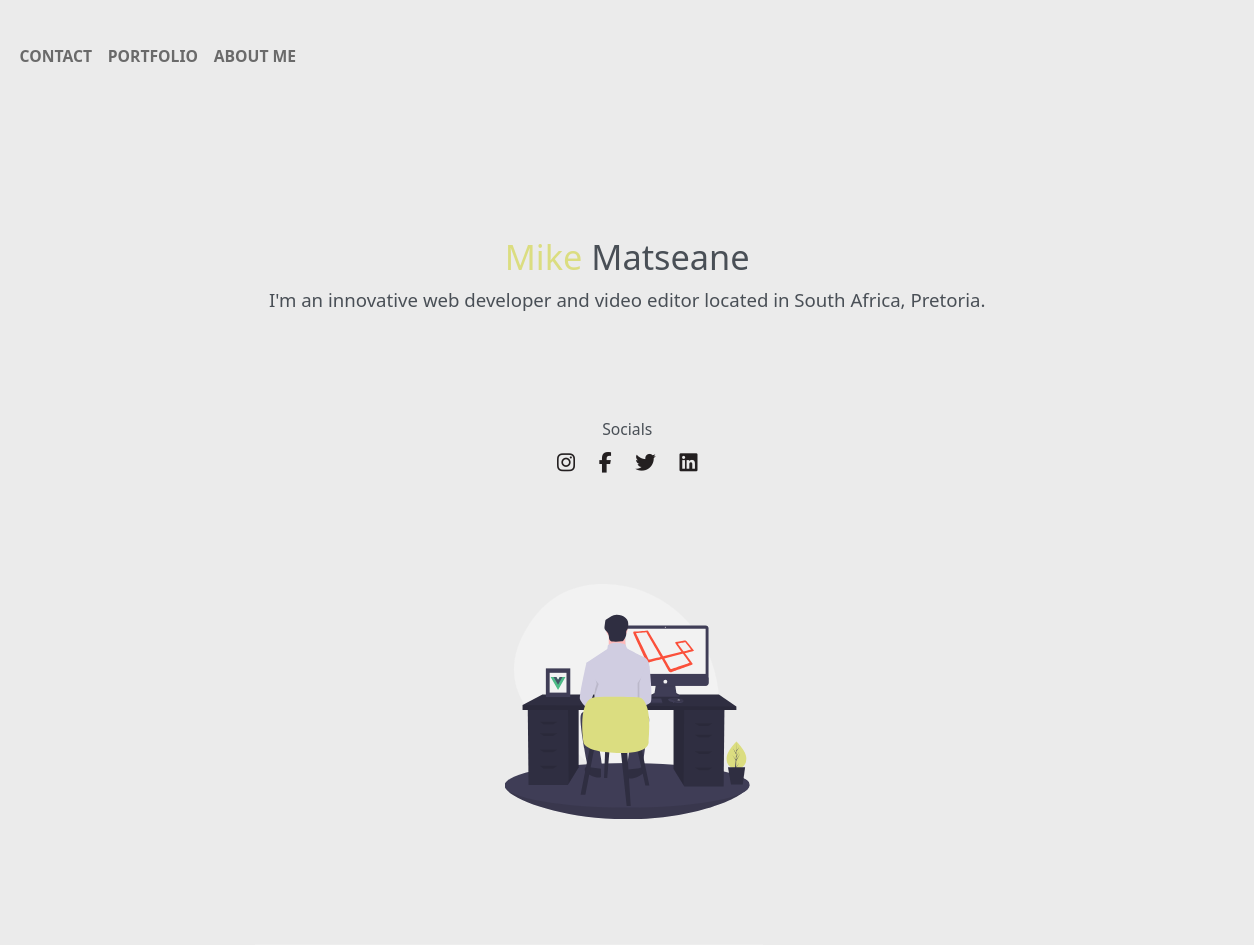
Repository: mikempho/resume10-Final
Page: resume10.html
An editor plug-in stored every save of this project. The page is shown before and after the next save, followed by the edit.
The browser window is 1280 px wide. The pictures show the whole page, at 98% of full size.
Some web libraries are served in a nearby version.

Above is the page before, as saved 2022-05-16 14:29:35.

After the next save:
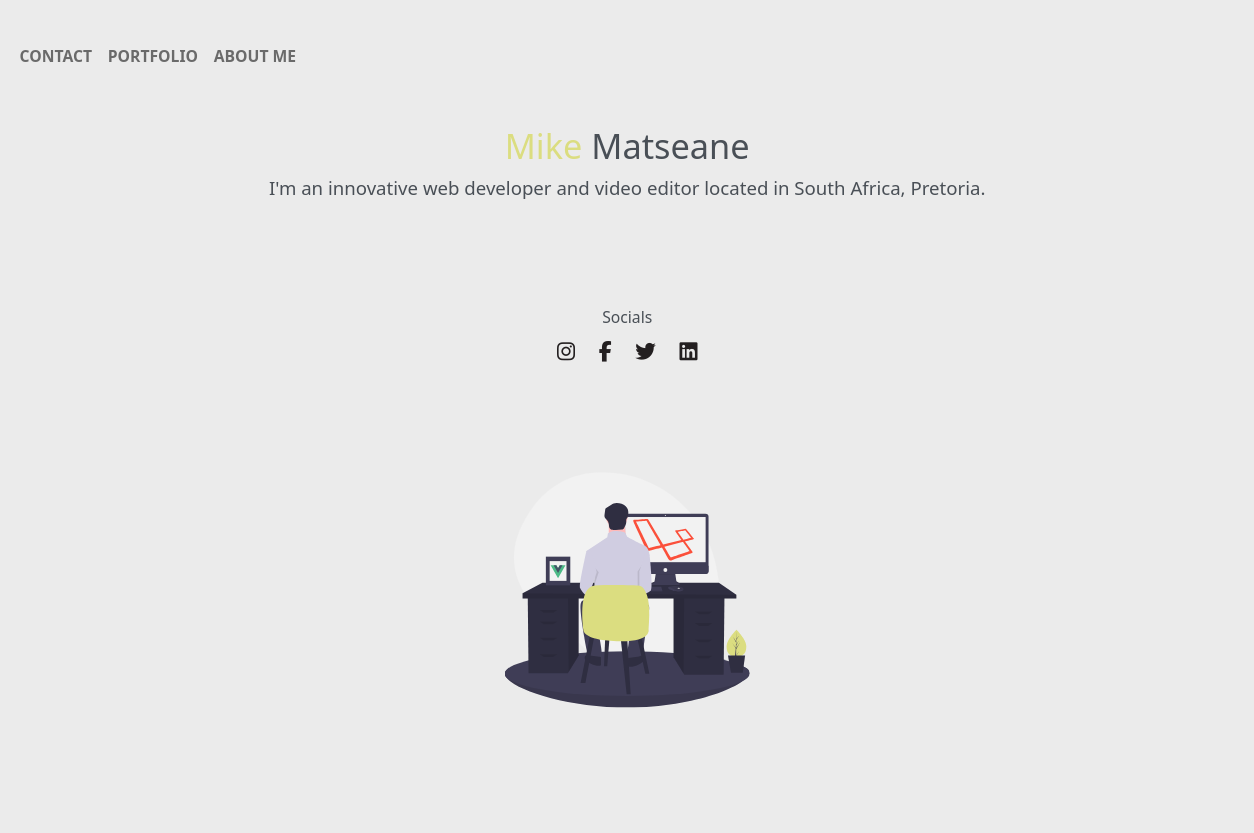
Saved 6 s later.
--- a/resume10.html
+++ b/resume10.html
@@ -15,7 +15,7 @@
     <header class="header">
 
         <!-- navbar section -->
-        <nav class="navbar navbar-expand-lg fixed ">
+        <nav class="navbar navbar-expand-lg fixed-top ">
             <div class="container-fluid justify-content-end">
                 <button class="navbar-toggler " type="button" data-bs-toggle="collapse" data-bs-target="#navbarSupportedContent" aria-controls="navbarSupportedContent" aria-expanded="false" aria-label="Toggle navigation">
                     <span class="navbar-toggler-icon"></span>

After the save that followed:
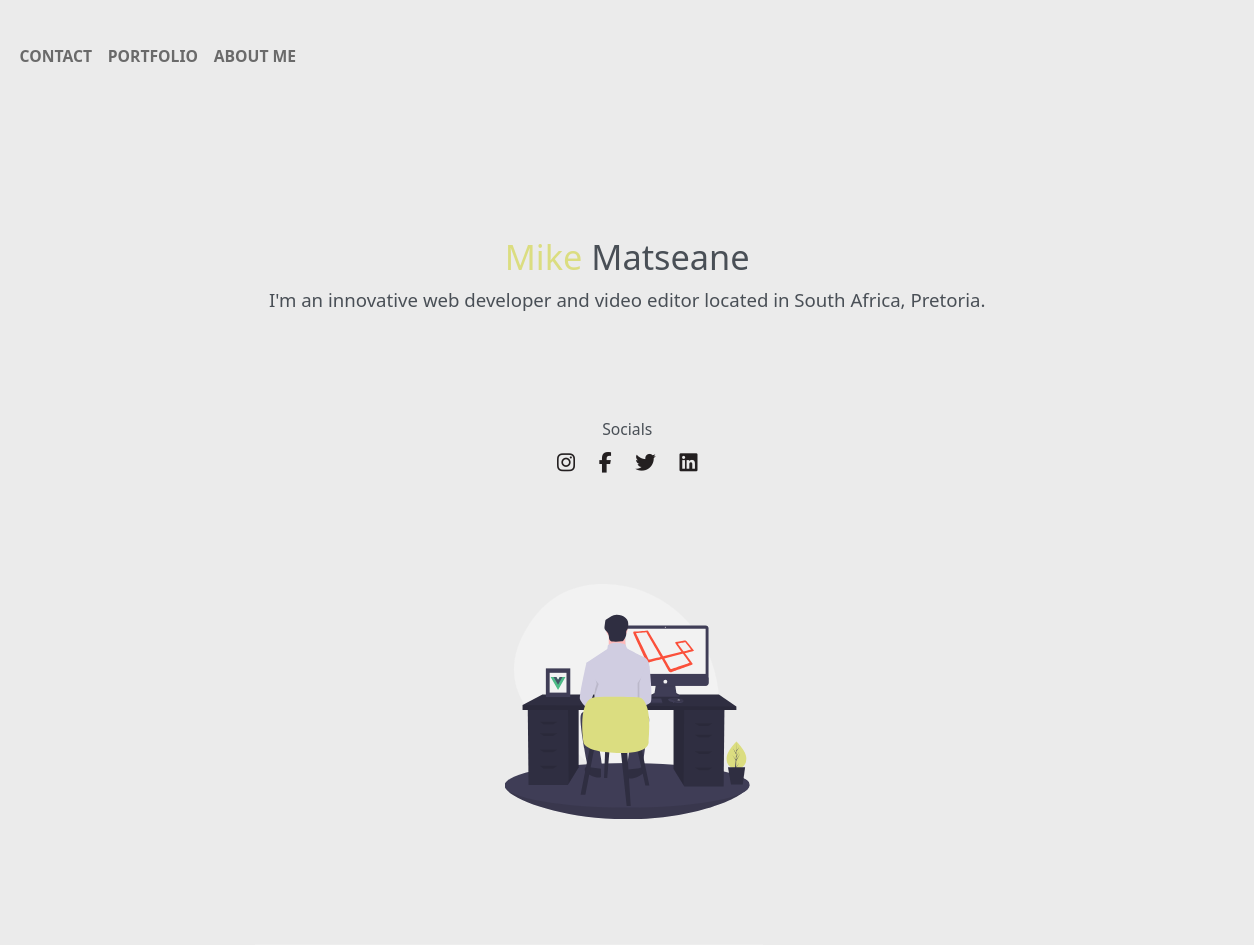
Saved 21 s later.
--- a/resume10.html
+++ b/resume10.html
@@ -15,7 +15,7 @@
     <header class="header">
 
         <!-- navbar section -->
-        <nav class="navbar navbar-expand-lg fixed-top ">
+        <nav class="navbar navbar-expand-lg ">
             <div class="container-fluid justify-content-end">
                 <button class="navbar-toggler " type="button" data-bs-toggle="collapse" data-bs-target="#navbarSupportedContent" aria-controls="navbarSupportedContent" aria-expanded="false" aria-label="Toggle navigation">
                     <span class="navbar-toggler-icon"></span>
